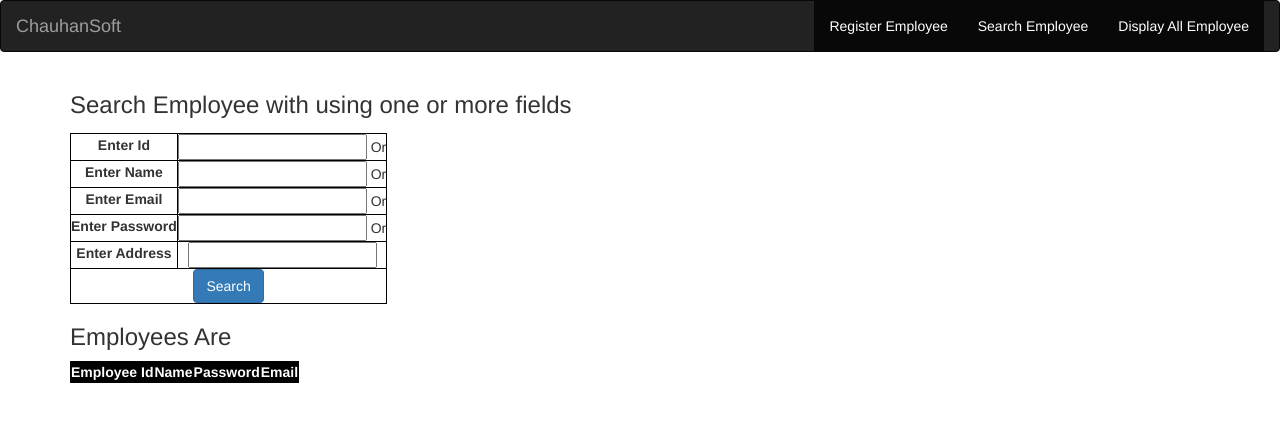
Repository: ErAdarshChauhan/Spring-Framework-5.0.0-Concepts
Page: http://localhost/sf-mvc-with-hibernate-crud-and-login-logout/WEB-INF/jsp/search.jsp
An editor plug-in stored every save of this project. The page is shown before and after the next save, followed by the edit.
The browser window is 1280 px wide. The pictures show the whole page.
The page is served by Tomcat 9. Nobody is signed in. The template is opened directly, without the code that normally fills it, so the values that code supplies are empty.

Above is the page before, as saved 2020-06-22 13:08:08.

After the next save:
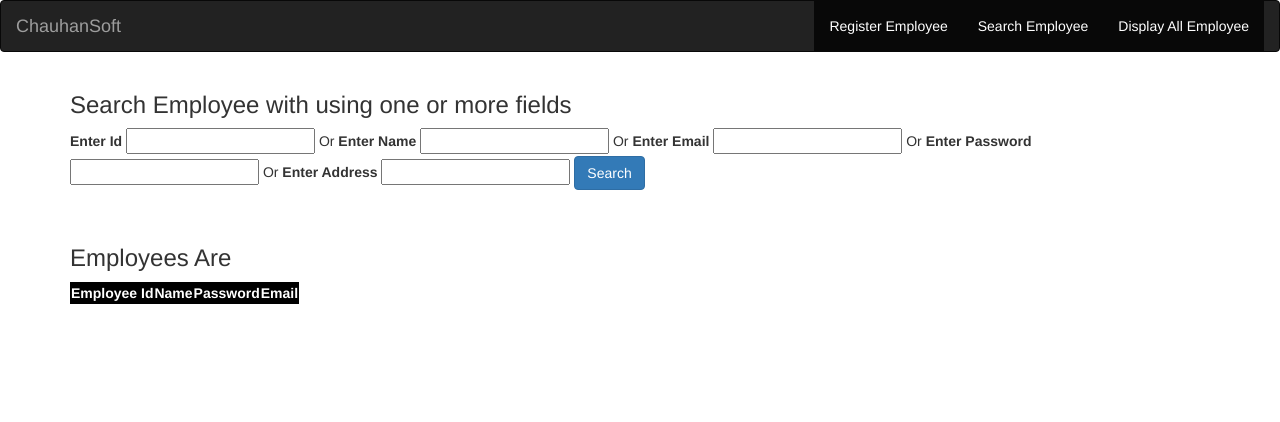
Saved 3 min 34 s later.
--- a/Spring-MVC-Projects/sf-mvc-with-hibernate-crud-and-login-logout/src/main/webapp/WEB-INF/jsp/search.jsp
+++ b/Spring-MVC-Projects/sf-mvc-with-hibernate-crud-and-login-logout/src/main/webapp/WEB-INF/jsp/search.jsp
@@ -51,36 +51,28 @@
   <h3>Search Employee with using one or more fields</h3>
 
   <form:form action="searchEmployee" method="post" modelAttribute="searchEmployeeBean">
-  	<table>
+
   		<div class="form-group">
-  		   <tr>
-  		   		<td><form:label path="employeeId">Enter Id</form:label></td>
-  		   		<td><form:input path="employeeId"/> Or</td>
-  		   </tr>
-  		   <tr>
-  		   		<td><form:label path="employeeName">Enter Name</form:label></td>
-  		   		<td><form:input path="employeeName"/> Or</td>
-  		   </tr>
-  		   <tr>
-  		   		<td><form:label path="email">Enter Email</form:label></td>
-  		   		<td><form:input path="email"/> Or</td>
-  		   </tr>
-  		   <tr>
-  		   		<td><form:label path="password">Enter Password</form:label></td>
-  		   		<td><form:input path="password"/> Or</td>
-  		   </tr>
-  		   <tr>
-  		   		<td><form:label path="address">Enter Address</form:label></td>
-  		   		<td><form:input path="address"/></td>
-  		   </tr>
-  		   <tr>
-  		   		<td colspan="2" align="center"><input type="submit" value="Search" class="btn btn-primary"></td>
-  		   </tr>
+
+  		   		<form:label path="employeeId">Enter Id</form:label>
+  		   		<form:input path="employeeId"/> Or
+
+  		   		<form:label path="employeeName">Enter Name</form:label>
+  		   		<form:input path="employeeName"/> Or
+
+  		   		<form:label path="email">Enter Email</form:label>
+  		   		<form:input path="email"/> Or
+
+  		   		<form:label path="password">Enter Password</form:label>
+  		   		<form:input path="password"/> Or
+
+  		   		<form:label path="address">Enter Address</form:label>
+  		   		<form:input path="address"/>
+
+  		   		<input type="submit" value="Search" class="btn btn-primary">
   		</div>
-  	</table>
-
   </form:form>
-
+  <br/>
   <h3>Employees Are</h3>
 
    <p>
